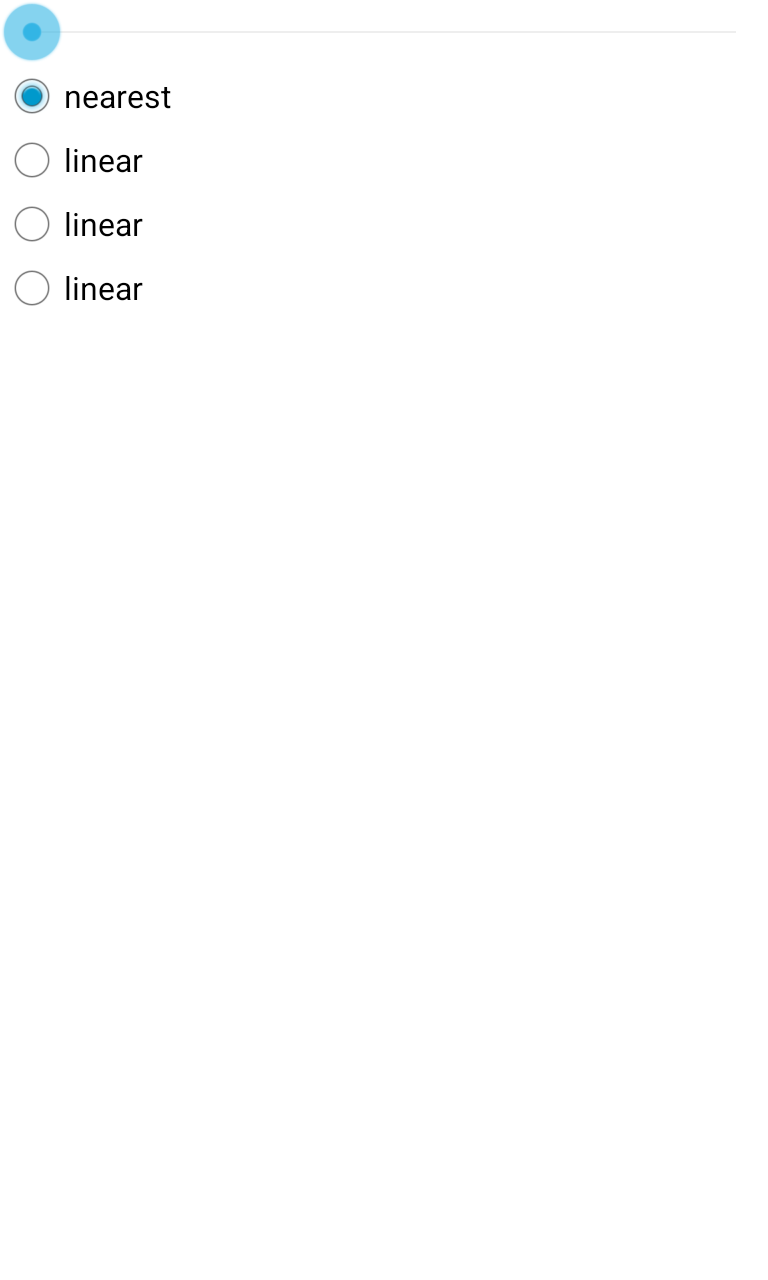
Repository: qhyuan1992/OpenGL-ES
Layout: OpenGlES_Texture2/res/layout/activity_main.xml
The author's editor kept a copy of each file at every save. The layout is drawn from the files as they stood at one save, then again after the next save.
It is drawn on a 768 x 1280 px phone screen (xhdpi) without system bars, with theme AppTheme; the app's code is not run.

Above is the layout before, as saved 2016-10-31 05:57:32.

### OpenGlES_Texture2/res/layout/activity_main.xml
<?xml version="1.0" encoding="utf-8"?>
<LinearLayout xmlns:android="http://schemas.android.com/apk/res/android"
    android:id="@+id/main_liner"
    android:layout_width="fill_parent"
    android:layout_height="fill_parent"
    android:orientation="vertical" >

    <SeekBar
        android:id="@+id/sb"
        android:layout_width="fill_parent"
        android:layout_height="wrap_content"
        android:max="100" >
    </SeekBar>

    <RadioGroup
        android:id="@+id/radioGroup"
        android:layout_width="wrap_content"
        android:layout_height="wrap_content"
        android:contentDescription="性别" >

        <RadioButton
            android:id="@+id/radioMale"
            android:layout_width="wrap_content"
            android:layout_height="wrap_content"
            android:checked="true"
            android:text="nearest" >
        </RadioButton>

        <RadioButton
            android:id="@+id/radioFemale"
            android:layout_width="wrap_content"
            android:layout_height="wrap_content"
            android:text="linear" >
        </RadioButton>

        <RadioButton
            android:id="@+id/radioFemale"
            android:layout_width="wrap_content"
            android:layout_height="wrap_content"
            android:text="linear" >
        </RadioButton>

        <RadioButton
            android:id="@+id/radioFemale"
            android:layout_width="wrap_content"
            android:layout_height="wrap_content"
            android:text="linear" >
        </RadioButton>
    </RadioGroup>

</LinearLayout>

Loaded but not shown: OpenGlES_Texture2/res/values/styles.xml (common file); OpenGlES_Texture2/res/values-v11/styles.xml (common file); OpenGlES_Texture2/res/values-v14/styles.xml (common file)

After the next save:
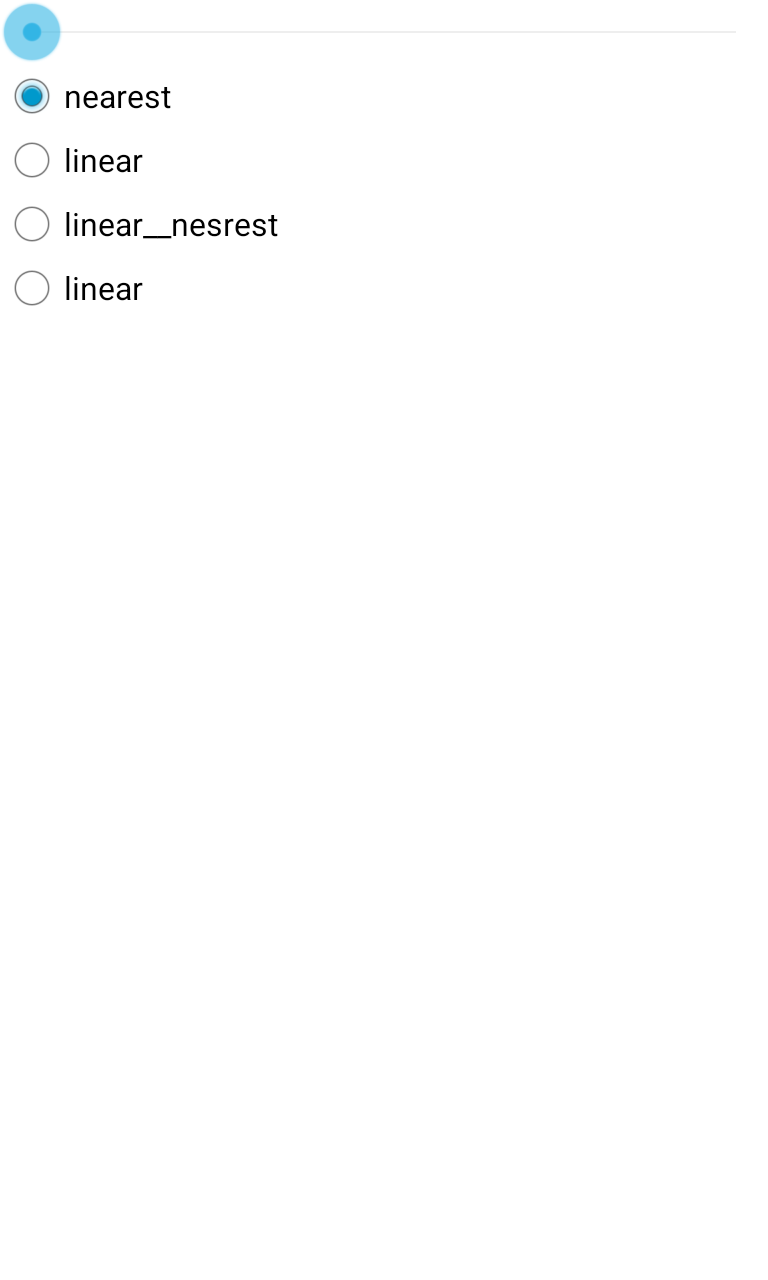
Saved 19 s later.
--- a/OpenGlES_Texture2/res/layout/activity_main.xml
+++ b/OpenGlES_Texture2/res/layout/activity_main.xml
@@ -37,7 +37,7 @@
             android:id="@+id/radioFemale"
             android:layout_width="wrap_content"
             android:layout_height="wrap_content"
-            android:text="linear" >
+            android:text="linear__nesrest" >
         </RadioButton>
 
         <RadioButton
